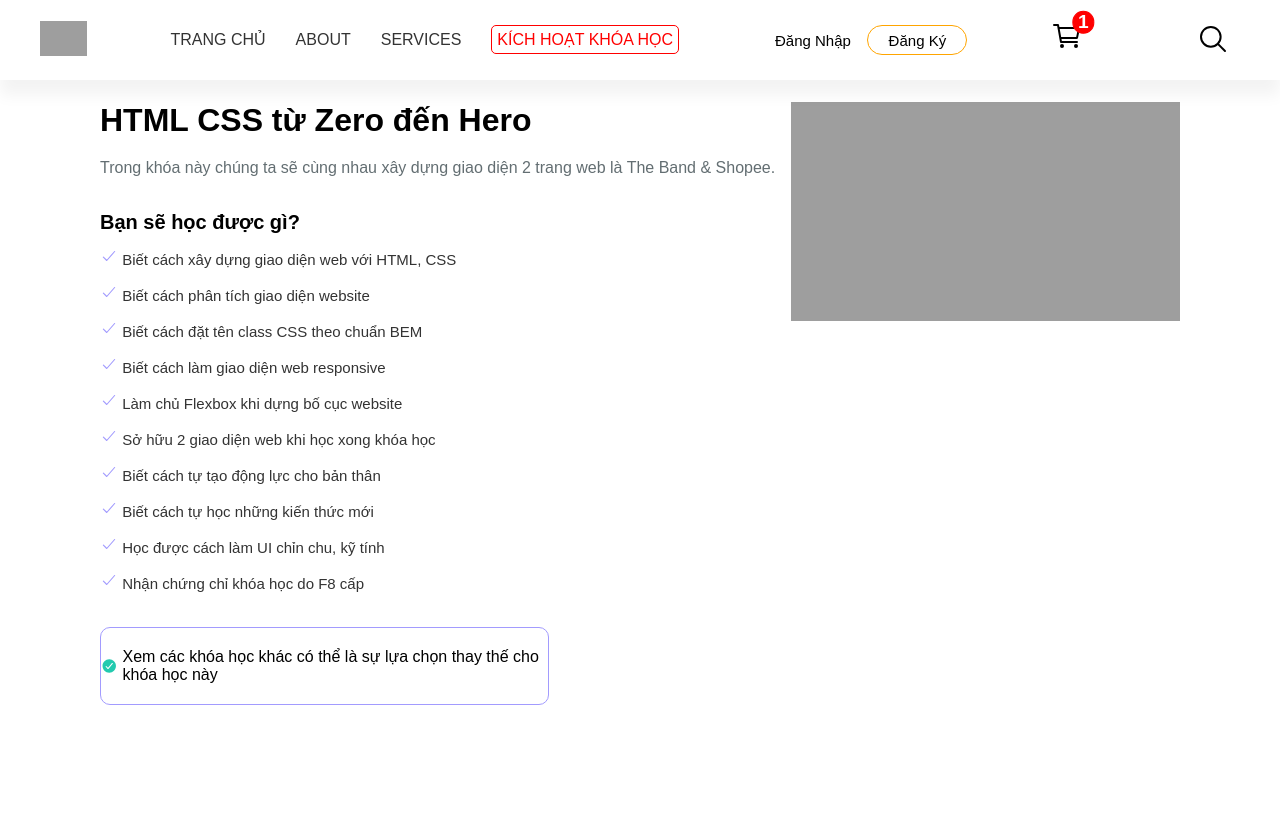
Repository: hoanghuuphuc/hoanghuuphuc
Page: details.html
The author's editor kept a copy of each file at every save. The page is drawn from the files as they stood at one save, then again after the next save.
The browser window is 1280 px wide. The pictures show the whole page.
Pictures or frames that could not be fetched are drawn as grey boxes.

Above is the page before, as saved 2022-12-11 21:53:42.
Console error: TypeError: Cannot read properties of null (reading 'addEventListener')

### details.html
<!DOCTYPE html>
<html lang="en">
  <head>
    <meta charset="UTF-8" />
    <meta http-equiv="X-UA-Compatible" content="IE=edge" />
    <meta name="viewport" content="width=device-width, initial-scale=1.0" />
    <title>Product-Details</title>
    <link rel="stylesheet" href="./style.css" />
    <link rel="stylesheet" href="./rps_mobile.css" />
    <link rel="preconnect" href="https://fonts.gstatic.com" />
  </head>
  <body>
    <header>
      <div class="logo">
        <a href="">
          <img id="img" src="./Img/logene.jfif" alt="" />
        </a>
      </div>
      <div class="group">
        <ul class="navigation">
          <li><a href="">Trang Chủ</a></li>
          <li><a href="">About</a></li>
          <li><a href="">Services</a></li>
          <li><a id="active" href="">Kích Hoạt Khóa Học</a></li>
        </ul>
      </div>
      <div class="User">
        <div class="but">
          <button>Đăng Nhập</button>
          <button>Đăng Ký</button>
        </div>
      </div>
      <div class="icons">
        <ion-icon name="cart-outline"></ion-icon>
        <span>1</span>
      </div>
      <div class="search">
        <span class="icon">
          <ion-icon name="search-outline" class="searchBtn"></ion-icon>
          <ion-icon name="close-outline" class="closeBtn"></ion-icon>
        </span>
      </div>
      <ion-icon name="menu-outline" class="menuToggle"></ion-icon>
      <div class="searchBox">
        <input type="text" placeholder="Search here . . ." />
      </div>
    </header>
    <div class="details-section">
      <div class="details-left">
        <div class="details-left-name">
          <h1>HTML CSS từ Zero đến Hero</h1>
          <span
            >Trong khóa này chúng ta sẽ cùng nhau xây dựng giao diện 2 trang web
            là The Band & Shopee.</span
          >
        </div>
        <span class="bonus">Bạn sẽ học được gì?</span>
        <div class="details-left-content">
          <ul>
            <li>
              <ion-icon name="checkmark-outline"></ion-icon>
              Biết cách xây dựng giao diện web với HTML, CSS
            </li>
            <li>
              <ion-icon name="checkmark-outline"></ion-icon>
              Biết cách phân tích giao diện website
            </li>
            <li>
              <ion-icon name="checkmark-outline"></ion-icon>
              Biết cách đặt tên class CSS theo chuẩn BEM
            </li>
            <li>
              <ion-icon name="checkmark-outline"></ion-icon>
              Biết cách làm giao diện web responsive
            </li>
            <li>
              <ion-icon name="checkmark-outline"></ion-icon>
              Làm chủ Flexbox khi dựng bố cục website
            </li>
          </ul>
          <ul>
            <li>
              <ion-icon name="checkmark-outline"></ion-icon>
              Sở hữu 2 giao diện web khi học xong khóa học
            </li>
            <li>
              <ion-icon name="checkmark-outline"></ion-icon>
              Biết cách tự tạo động lực cho bản thân
            </li>
            <li>
              <ion-icon name="checkmark-outline"></ion-icon>
              Biết cách tự học những kiến thức mới
            </li>
            <li>
              <ion-icon name="checkmark-outline"></ion-icon>
              Học được cách làm UI chỉn chu, kỹ tính
            </li>
            <li>
              <ion-icon name="checkmark-outline"></ion-icon>
              Nhận chứng chỉ khóa học do F8 cấp
            </li>
          </ul>
        </div>
        <div class="details-left-tag">
          <ion-icon name="checkmark-circle"></ion-icon>
          <p>
            Xem các khóa học khác có thể là sự lựa chọn thay thế cho khóa học
            này
          </p>
        </div>
      </div>
      <div class="details-right">
        <div class="details-right-video">
          <iframe
            width="389"
            height="219"
            src="https://www.youtube.com/embed/YTDHcEJs684"
            title="YouTube video player"
            frameborder="0"
            allow="accelerometer; autoplay; clipboard-write; encrypted-media; gyroscope; picture-in-picture"
            allowfullscreen></iframe>
        </div>
      </div>
    </div>

    <script src="./app.js"></script>
    <script
      type="module"
      src="https://unpkg.com/ionicons@5.5.2/dist/ionicons/ionicons.esm.js"></script>
    <script
      nomodule
      src="https://unpkg.com/ionicons@5.5.2/dist/ionicons/ionicons.js"></script>
  </body>
</html>

### style.css
* {
  margin: 0;
  padding: 0;
  box-sizing: border-box;
  font-family: "Poppins", sans-serif;
}
body {
  min-height: 100vh;
  overflow-x: hidden;
}
header {
  position: absolute;
  position: fixed;
  z-index: 100;
  top: 0;
  left: 0;
  width: 100%;
  height: 80px;
  background: #fff;
  padding: 20px 40px;
  display: flex;
  justify-content: space-between;
  align-items: center;
  box-shadow: 0px 15px 15px rgba(0, 0, 0, 0.05);
}
.logo img {
  height: 35px;
}
.group {
  display: flex;
  align-items: center;
}
header ul {
  position: relative;
  display: flex;
  gap: 30px;
}
header ul li {
  list-style: none;
}
header ul li a {
  position: relative;
  text-decoration: none;
  font-size: 1em;
  color: #333;
  text-transform: uppercase;
}
header ul li #active {
  border: 1px solid red;
  padding: 5px;
  color: red;
  border-radius: 5px;
}
header ul li a::before {
  content: "";
  position: absolute;
  bottom: -2px;
  width: 100%;
  height: 2px;
  background: #333;
  transform: scaleX(0);
  transition: transform 0.5s ease-in-out;
  transform-origin: right;
}
header ul li a:hover {
  opacity: 0.5;
}
header .User {
  display: flex;
  align-items: center;
}
header .User .but button:nth-child(1) {
  color: #000;
  font-size: 15px;
  height: 30px;
  width: 100px;
  outline: none;
  border: none;
  background: #fff;
}
header .User .but button:nth-child(2) {
  color: #000;
  font-size: 15px;
  height: 30px;
  width: 100px;
  border: 1px solid orange;
  background: #fff;
  border-radius: 15px;
}
header .User .but button:hover {
  opacity: 0.5;
}
header .icons {
  font-size: 2em;
  position: relative;
}
header .icons span {
  position: absolute;
  top: 0%;
  right: 0%;
  line-height: 5%;
  margin-bottom: 50px;
  font-size: 60%;
  color: #fff;
  border: 1px solid red;
  background: red;
  padding: 10px 5px 10px 5px;
  text-align: center;
  font-family: Arial, Helvetica, sans-serif;
  transform: translateX(50%) translateY(-40%);
  border-radius: 100%;
  font-weight: bold;
}
header .search {
  position: relative;
  display: flex;
  justify-content: center;
  align-items: center;
  font-size: 2em;
  z-index: 10;
  cursor: pointer;
}
.searchBox {
  position: absolute;
  right: -100%;
  width: 100%;
  height: 100%;
  display: flex;
  background: #fff;
  align-items: center;
  padding: 0 30px;
  transition: 0.5s ease-in-out;
}
.searchBox.active {
  right: 0;
}
.searchBox input {
  width: 100%;
  border: none;
  outline: none;
  height: 50px;
  color: #333;
  font-size: 1.25em;
  background: #fff;
  border-bottom: 1px solid rgba(0, 0, 0, 0.5);
}
.searchBtn {
  position: relative;
  left: 30px;
  top: 2.5px;
  transition: 0.5s ease-in-out;
}
.searchBtn.active {
  left: 0;
}
.closeBtn {
  opacity: 0;
  visibility: hidden;
  transition: 0.5s;
  scale: 0;
}
.closeBtn.active {
  opacity: 1;
  visibility: visible;
  transition: 0.5s;
  scale: 1;
}
.menuToggle {
  position: relative;
  display: none;
  left: 0;
}
.banner img {
  background-repeat: no-repeat;
  background-size: cover;
  margin-top: 4%;
}
.content {
  display: flex;
  flex-direction: row;
  margin-top: 50px;
  user-select: none;
  justify-content: center;
}
.content .content-1 {
  background-color: black;
  height: 2px;
  width: 200px;
}
.content .content-2 {
  font-size: 30px;
  font-family: "Segoe UI", Tahoma, Geneva, Verdana, sans-serif;
  font-weight: 600;
  padding: 10px;
  margin-top: -32px;
}
.content .content-3 {
  background-color: black;
  height: 2px;
  width: 200px;
}
.boxs {
  display: flex;
  justify-content: center;
  flex-wrap: wrap;
}
.box {
  margin-top: 10px;
  padding: 20px;
  margin: 10px;
  background: #f0f0f0;
  border-radius: 15px;
}
.box-image img {
  height: 250px;
  border-radius: 5%;
}
.box-content .box-name {
  display: flex;
  justify-content: center;
  align-items: center;
  padding: 10px;
}
.box-content .box-name span {
  font-weight: 700;
  margin-right: 5px;
  font-size: 20px;
  font-family: "Segoe UI", Tahoma, Geneva, Verdana, sans-serif;
  overflow: hidden;
  text-overflow: ellipsis;
  white-space: nowrap;
  width: 200px;
  text-align: center;
}
.box-content .box-price {
  display: flex;
  flex-direction: column;
  justify-content: center;
  padding: 5px 10px 10px 10px;
}
.box-content .box-price .price {
  padding: 0px 10px 10px 10px;
}
.price {
  overflow: hidden;
  text-overflow: ellipsis;
  white-space: nowrap;
  width: 210px;
}
.box-content .box-price .price span {
  font-size: 18px;
  font-weight: 500;
}
.box-content .box-price .price a {
  font-weight: 600;
}
.sale {
  overflow: hidden;
  text-overflow: ellipsis;
  white-space: nowrap;
  width: 210px;
}
.box-content .box-price .sale {
  padding: 0px 10px 0px 10px;
}
.box-content .box-price .sale span {
  font-size: 18px;
}
.box-content .box-price .sale a {
  font-size: 18px;
  color: red;
  font-weight: bold;
  text-decoration: none;
}
.box-btn {
  display: flex;
  justify-content: space-between;
  align-items: center;
  border-top: 1px solid #c0c0c0;
}
.box-btn button {
  padding: 5px 20px;
  font-size: 16px;
  font-weight: 500;
  font-family: "Lucida Sans", "Lucida Sans Regular", "Lucida Grande",
    "Lucida Sans Unicode", Geneva, Verdana, sans-serif;
  color: orangered;
  border: 1px solid orangered;
  border-radius: 5px;
  margin-top: 15px;
}
.box-btn button:hover {
  opacity: 0.5;
}
.box-btn ion-icon {
  font-size: 25px;
  font-weight: 500;
  color: orangered;
  margin-top: 15px;
  font-weight: 300;
}
.box-btn ion-icon:hover {
  opacity: 0.5;
}
.title {
  padding: 20px 0px 20px 150px;
}
.title span {
  font-size: 18px;
}
.tabs {
  display: flex;
  justify-content: flex-start;
  padding: 10px 150px 0px 150px;
  flex-wrap: wrap;
}
.tabs .tab-item {
  margin: 0px 0px 0px 5px;
}
.tabs .line {
  position: absolute;
  left: 0;
  bottom: 0;
  width: 0;
  height: 6px;
  border-radius: 15px;
  transition: all 0.2s ease;
}
.tab-item {
  min-width: 80px;
  padding: 5px 10px;
  font-size: 20px;
  text-align: center;
  color: #181821;
  background-color: #dee1e2;
  border-top-left-radius: 5px;
  border-top-right-radius: 5px;
  border-bottom: 5px solid transparent;
  opacity: 0.6;
  cursor: pointer;
  transition: all 0.5s ease;
  display: flex;
  justify-content: center;
  align-items: center;
  border-bottom: 2px solid #000;
}
.tab-icon {
  font-size: 24px;
  position: relative;
}
.tab-item:hover {
  opacity: 1;
  background-color: rgba(194, 53, 100, 0.05);
  border-color: rgba(194, 53, 100, 0.1);
}
.tab-item.active {
  opacity: 1;
  color: #ff4500;
  font-weight: 500;
  border-bottom: 2px solid #ff4500;
}
.tab-content {
  padding: 28px 0px 0px 150px;
}
.tab-pane {
  color: #333;
  display: none;
}
.tab-pane.active {
  display: block;
}
.tab-pane h2 {
  font-size: 24px;
  margin-bottom: 8px;
}
.boxeds {
  display: flex;
  flex-wrap: wrap;
}
.boxed {
  margin-top: 10px;
  padding: 20px;
  margin: 20px 20px 10px 0px;
  background: #f0f0f0;
  border-radius: 15px;
}
.boxed-image img {
  height: 250px;
  width: auto;
  border-radius: 10px;
  overflow: hidden;
  object-fit: cover;
}
.boxed-content .boxed-content-name {
  display: flex;
  justify-content: center;
  align-items: center;
  padding: 10px;
}
.boxed-content-name span {
  font-weight: 600;
  margin-right: 5px;
  font-size: 20px;
  font-family: "Segoe UI", Tahoma, Geneva, Verdana, sans-serif;
  overflow: hidden;
  text-overflow: ellipsis;
  white-space: nowrap;
  width: 200px;
  text-align: center;
  font-weight: 700;
}
.boxed-content-price {
  padding: 5px 10px 10px 10px;
}
.boxed-content-price1 span {
  font-size: 18px;
  font-weight: 500;
}
.boxed-content-price1 a {
  font-weight: 600;
}
.boxed-content-sale {
  padding: 10px 10px 10px 0px;
}
.boxed-content-sale span {
  font-size: 18px;
  font-weight: 500;
}
.boxed-content-sale a {
  font-weight: 600;
  color: red;
}
.boxed-content-btn {
  display: flex;
  justify-content: space-between;
  align-items: center;
  border-top: 1px solid #c0c0c0;
}
.boxed-content-btn button {
  padding: 5px 20px;
  font-size: 16px;
  font-weight: 500;
  font-family: "Lucida Sans", "Lucida Sans Regular", "Lucida Grande",
    "Lucida Sans Unicode", Geneva, Verdana, sans-serif;
  color: orangered;
  border: 1px solid orangered;
  border-radius: 5px;
  margin-top: 15px;
}
.boxed-content-btn button:hover {
  opacity: 0.5;
}
.boxed-content-btn ion-icon {
  font-size: 25px;
  font-weight: 500;
  color: orangered;
  margin-top: 15px;
  font-weight: 300;
}
.boxed-content-btn ion-icon:hover {
  opacity: 0.5;
}
footer {
  background: #181821;
  display: flex;
  justify-content: space-around;
  padding: 100px;
}
.footer-one a {
  font-size: 25px;
  padding: 5px;
  color: #fff;
  font-weight: 600;
}
.footer-one ul li {
  color: #a9b3bb;
  list-style: none;
  padding: 5px;
  font-size: 16px;
}
.footer-one span {
  font-style: italic;
}
.footer-two span {
  font-size: 25px;
  padding: 5px;
  color: #fff;
  font-weight: 600;
}
.footer-two ul li {
  color: #a9b3bb;
  list-style: none;
  padding: 5px;
  font-size: 16px;
}
.footer-three span {
  font-size: 25px;
  padding: 5px;
  color: #fff;
  font-weight: 600;
}
.footer-three ul li {
  color: #a9b3bb;
  list-style: none;
  padding: 5px;
  font-size: 16px;
}
.footers {
  display: flex;
  justify-content: space-around;
  background: #181821;
  padding: 10px;
  border-top: 2px solid #333;
  align-items: center;
}
.footers-text {
  color: #a9b3bb;
  font-size: 16px;
}
.footers-media img {
  width: auto;
  height: 40px;
  object-fit: cover;
  padding: 5px;
}
/* Css của form login */
.container {
  display: flex;
  justify-content: center;
  flex-direction: column;
  align-items: center;
  min-height: 100vh;
}
.form-login {
  border: 1px solid #999;
  padding: 50px 50px 30px 50px;
  width: 400px;
}
.form-login-input {
  margin: 15px 0;
}
.form-login-image {
  display: flex;
  justify-content: center;
  margin-bottom: 50px;
}
.form-input {
  border: 1px solid #999;
  border-radius: 4px;
  width: 100%;
  height: 50px;
  padding: 0 20px;
  transition: 0.25s ease;
  outline: none;
}
.form-input:focus {
  border-color: #ff4500;
}
.form-login-input {
  position: relative;
}
.form-label {
  position: absolute;
  top: 50%;
  transform: translateY(-50%);
  left: 21px;
  user-select: none;
  color: #999;
  pointer-events: none;
  transition: 0.25s ease;
}
.form-input:not(:placeholder-shown) + .form-label,
.form-input:focus + .form-label {
  top: 0;
  left: 11px;
  padding: 0 10px;
  display: inline-block;
  background-color: #fff;
  color: #ff4500;
  font-weight: 500;
  font-size: 14px;
}
.form-login-input .fa-regular {
  position: absolute;
  left: 90%;
  top: 18px;
  cursor: pointer;
}
.form-login-input .hidden {
  display: none;
}
.remember {
  display: flex;
  align-items: center;
}
.remember span {
  color: #999;
  margin-left: 10px;
}
.btn-login button {
  margin-top: 10px;
  width: 100%;
  padding: 8px;
  font-weight: 600;
  font-style: 20px;
  transition: 0.25s ease;
  font-family: "Segoe UI", Tahoma, Geneva, Verdana, sans-serif;
}
.btn-login button:hover {
  opacity: 0.5;
}
.or {
  display: flex;
  flex-direction: row;
  margin-top: 20px;
  user-select: none;
  justify-content: center;
}
.or-left {
  background-color: #999;
  height: 1px;
  width: 45%;
}
.or-center {
  font-family: "Segoe UI", Tahoma, Geneva, Verdana, sans-serif;
  font-weight: 600;
  padding: 10px;
  margin-top: -22px;
  color: #999;
}
.or-right {
  background-color: #999;
  height: 1px;
  width: 45%;
}
.forgot {
  padding-top: 20px;
  display: flex;
  justify-content: flex-end;
}
.forgot a {
  text-decoration: none;
  font-weight: 500;
  color: rgb(0, 149, 246);
}
.logins {
  display: grid;
  grid-template-columns: 1fr 3fr;
  align-items: center;
  padding: 0 10px;
}
.logins a {
  text-decoration: none;
}
.logins span {
  color: #333;
  padding-left: 10%;
  font-weight: 600;
  font-family: "Segoe UI", Tahoma, Geneva, Verdana, sans-serif;
}
.logins img {
  height: 30px;
  margin-left: 10px;
  transform: translateX(100%);
}
.login-facebook {
  margin-bottom: 10px;
}
.form-login-2 {
  border: 1px solid #999;
  padding: 20px 60px;
  margin-top: 10px;
}
.form-login-2 span a {
  text-decoration: none;
  font-weight: 600;
  color: rgb(0, 149, 246);
  font-family: "Segoe UI", Tahoma, Geneva, Verdana, sans-serif;
}
/* Css của trang chi tiết */
.details-section {
  margin-top: 8%;
  display: grid;
  grid-template-columns: 3fr 1fr;
  padding: 0 100px;
}
.details-left {
}
.details-left-name {
  margin-bottom: 20px;
}
.details-left-name h1 {
  margin-bottom: 20px;
}
.details-left-name span {
  font-weight: 300;
  color: #636e72;
}
.details-section .bonus {
  font-weight: 600;
  font-size: 20px;
  line-height: 50px;
}
.details-left-content {
  display: flex;
  flex-wrap: wrap;
  justify-content: flex-start;
  align-items: center;
}
.details-left-content ul li {
  list-style: none;
  margin-bottom: 15px;
  padding-left: 0;
  margin-right: 30px;
  font-size: 15px;
  color: #333;
  font-weight: 300;
}
.details-left-content ul li ion-icon {
  color: #a29bfe;
  font-weight: bold;
  font-size: 18px;
}
.details-left-tag {
  margin-top: 20px;
  display: flex;
  align-items: center;
  justify-content: center;
  border: 1px solid #a29bfe;
  width: 65%;
  padding: 20px 0px;
  border-radius: 10px;
}
.details-left-tag ion-icon {
  margin-right: 5px;
  color: #22caaf;
  font-size: 20px;
}
.details-right {
}
.details-right-video {
}

### app.js
let searchBtn = document.querySelector(".searchBtn");
let closeBtn = document.querySelector(".closeBtn");
let searchBox = document.querySelector(".searchBox");
let navigation = document.querySelector(".navigation");
let menuToggle = document.querySelector(".menuToggle");
let header = document.querySelector("header");
searchBtn.onclick = function () {
  searchBox.classList.add("active");
  closeBtn.classList.add("active");
  searchBtn.classList.add("active");
  menuToggle.classList.add("hide");
  header.classList.remove("open");
};
closeBtn.onclick = function () {
  searchBox.classList.remove("active");
  closeBtn.classList.remove("active");
  searchBtn.classList.remove("active");
  menuToggle.classList.remove("hide");
};
menuToggle.onclick = function () {
  header.classList.toggle("open");
  searchBox.classList.remove("active");
  closeBtn.classList.remove("active");
  searchBtn.classList.remove("active");
};
const $ = document.querySelector.bind(document);
const $$ = document.querySelectorAll.bind(document);

const tabs = $$(".tab-item");
const panes = $$(".tab-pane");

const tabActive = $(".tab-item.active");
const line = $(".tabs .line");

// SonDN fixed - Active size wrong size on first load.
// Original post: https://www.facebook.com/groups/649972919142215/?multi_permalinks=1175881616551340
requestIdleCallback(function () {
  line.style.left = tabActive.offsetLeft + "px";
  line.style.width = tabActive.offsetWidth + "px";
});

tabs.forEach((tab, index) => {
  const pane = panes[index];

  tab.onclick = function () {
    $(".tab-item.active").classList.remove("active");
    $(".tab-pane.active").classList.remove("active");

    line.style.left = this.offsetLeft + "px";
    line.style.width = this.offsetWidth + "px";

    this.classList.add("active");
    pane.classList.add("active");
  };
});
const input = document.querySelector(".form-input");
const eyeOpen = document.querySelector(".eye-open");
const eyeClose = document.querySelector(".eye-close");
eyeOpen.addEventListener("click", function () {
  eyeOpen.classList.add("hidden");
  eyeClose.classList.remove("hidden");
  input.setAttribute("type", "password");
});
eyeClose.addEventListener("click", function () {
  eyeOpen.classList.remove("hidden");
  eyeClose.classList.add("hidden");
  input.setAttribute("type", "text");
});

Loaded but not shown: css/rps_mobile.css (no copy from this time; the picture is the same without it)

After the next save:
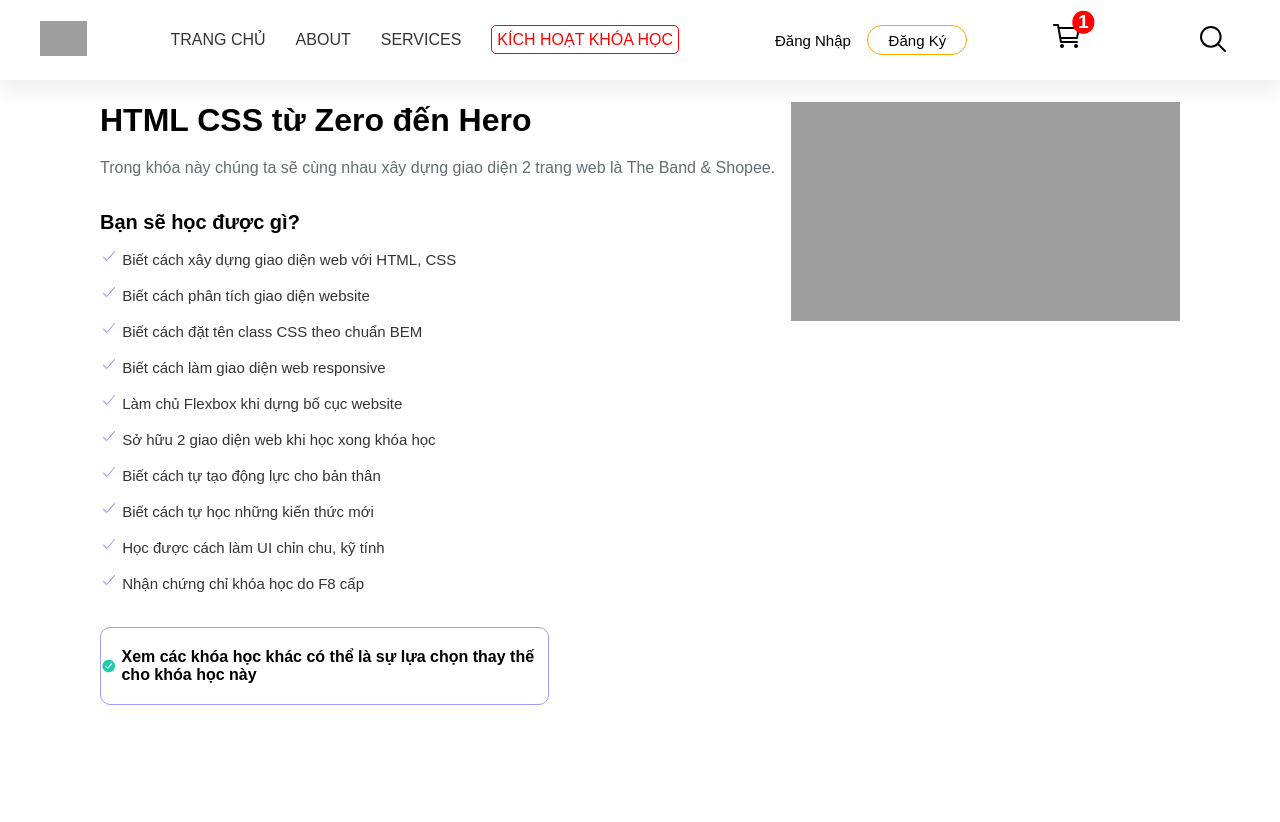
Saved 24 s later.
--- a/style.css
+++ b/style.css
@@ -736,6 +736,9 @@ footer {
   color: #22caaf;
   font-size: 20px;
 }
+.details-left-tag p {
+  font-weight: 600;
+}
 .details-right {
 }
 .details-right-video {
